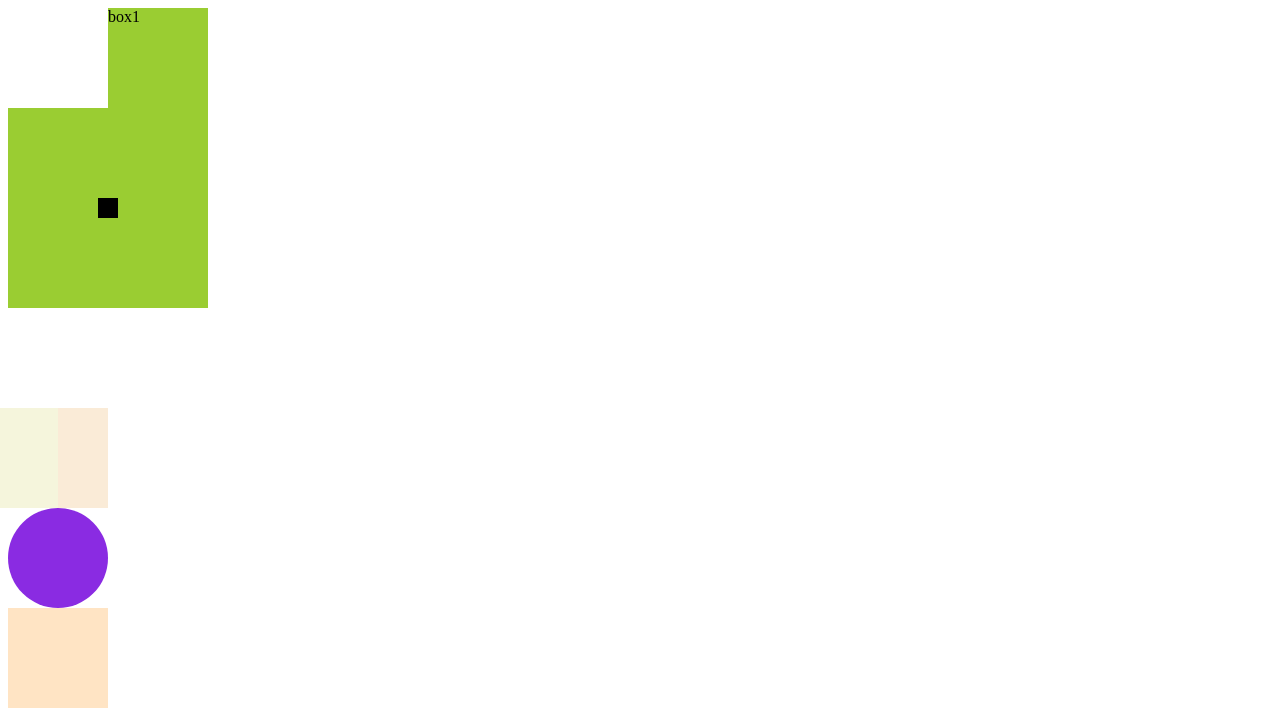
Repository: northpx/animation
Page: index.html
An editor plug-in stored every save of this project. The page is shown before and after the next save, followed by the edit.
The browser window is 1280 px wide. The pictures show the whole page.

Above is the page before, as saved 2022-12-19 19:36:29.

### index.html
<!DOCTYPE html>
<html lang="en">
<head>
    <meta charset="UTF-8">
    <meta http-equiv="X-UA-Compatible" content="IE=edge">
    <meta name="viewport" content="width=device-width, initial-scale=1.0">
    <link rel="stylesheet" href="style.css">
    <title>Document</title>
</head>
<body>
        <div class="box1">box1</div>
        <div class="box2">
            <div class="box_child"></div>
        </div>
        <div class="box3">box3</div>
        <div class="box4">box4</div>

        <div class="box_circle">

        </div>
        <div class="box_skew"></div>
</body>
</html>

### style.css
/* .box1{
    width: 100px;
    height: 100px;
    background-color: aqua;
    transform: rotateX(45deg);
}

.box2{
    width: 100px;
    height: 100px;
    background-color: bisque;
    transform: rotateY(-45deg);
}

.box3{
    width: 100px;
    height: 100px;
    background-color: blueviolet;
    transform: rotate(180deg);
} */
.box1{
    width: 100px;
    height: 100px;
    background-color: yellowgreen;
    transform: translateX(100px);
}

.box2{
    width: 200px;
    height: 200px;
    background-color: yellowgreen;
    position: relative;
}
.box_child{
    position: absolute;
    width: 20px;
    height: 20px;
    background-color: black;
    top: 50%;
    left: 50%;
    transform: translate(-50%, -50%);
}

.box3{
    width: 100px;
    height: 100px;
    background-color: antiquewhite;
    transform: translateY(100px);
}
.box4{
    width: 100px;
    height: 100px;
    background-color:  beige;
    transform: translateX(-50px);
}

.box_circle{
    width: 100px;
    height: 100px;
    background-color: blueviolet;
    border-radius: 50%;
    scale: 1;
    transition: all 0.3s ease-in-out;
}

.box_circle:hover{
    scale: 1.5;
}

.box_skew{
    width: 100px;
    height: 100px;
    background-color: bisque;
    transform: skewX();
}

After the next save:
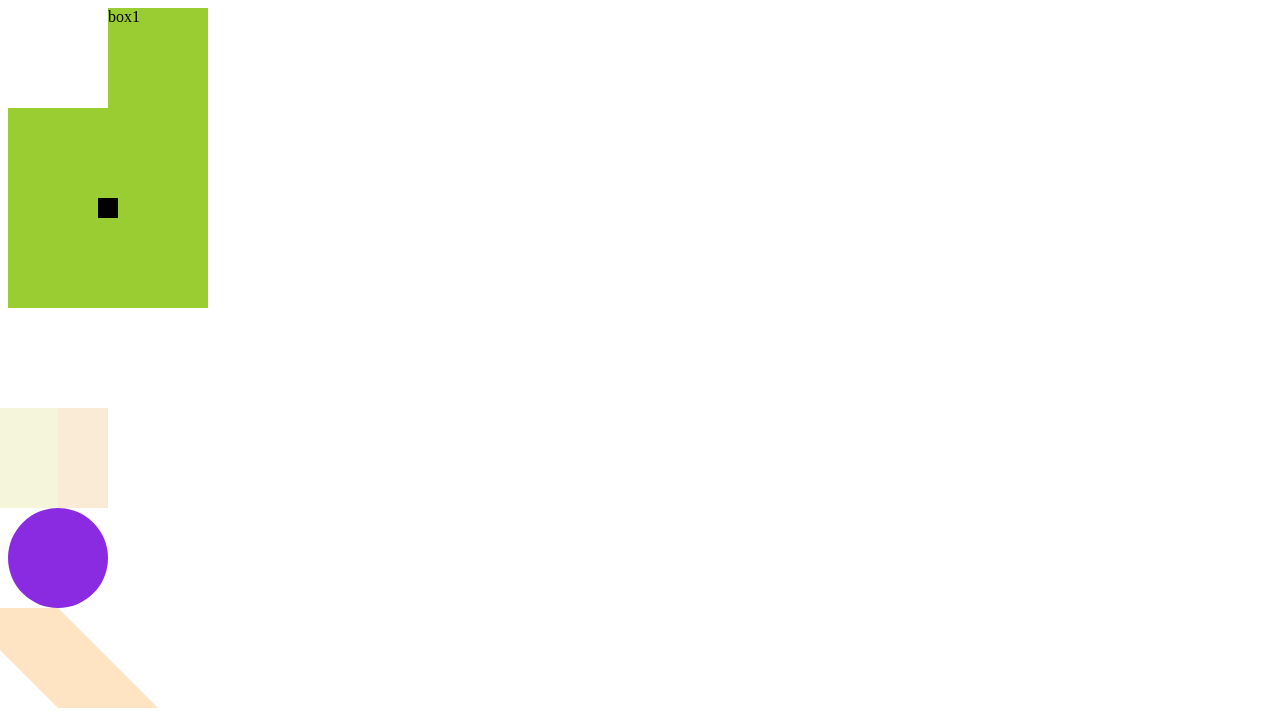
Saved 4 s later.
--- a/style.css
+++ b/style.css
@@ -71,5 +71,5 @@
     width: 100px;
     height: 100px;
     background-color: bisque;
-    transform: skewX();
+    transform: skewX(45deg);
 }

After the save that followed:
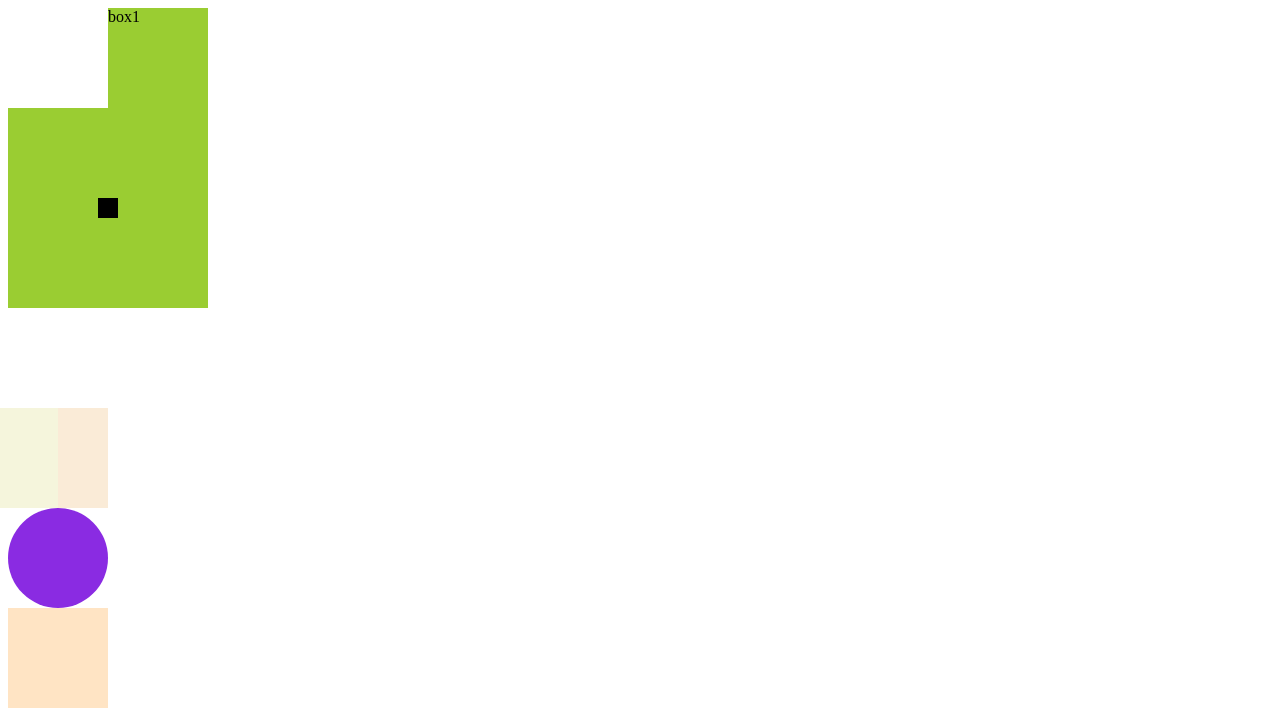
Saved 15 s later.
--- a/style.css
+++ b/style.css
@@ -71,5 +71,5 @@
     width: 100px;
     height: 100px;
     background-color: bisque;
-    transform: skewX(45deg);
+    /* transform: skewX(45deg); */
 }
